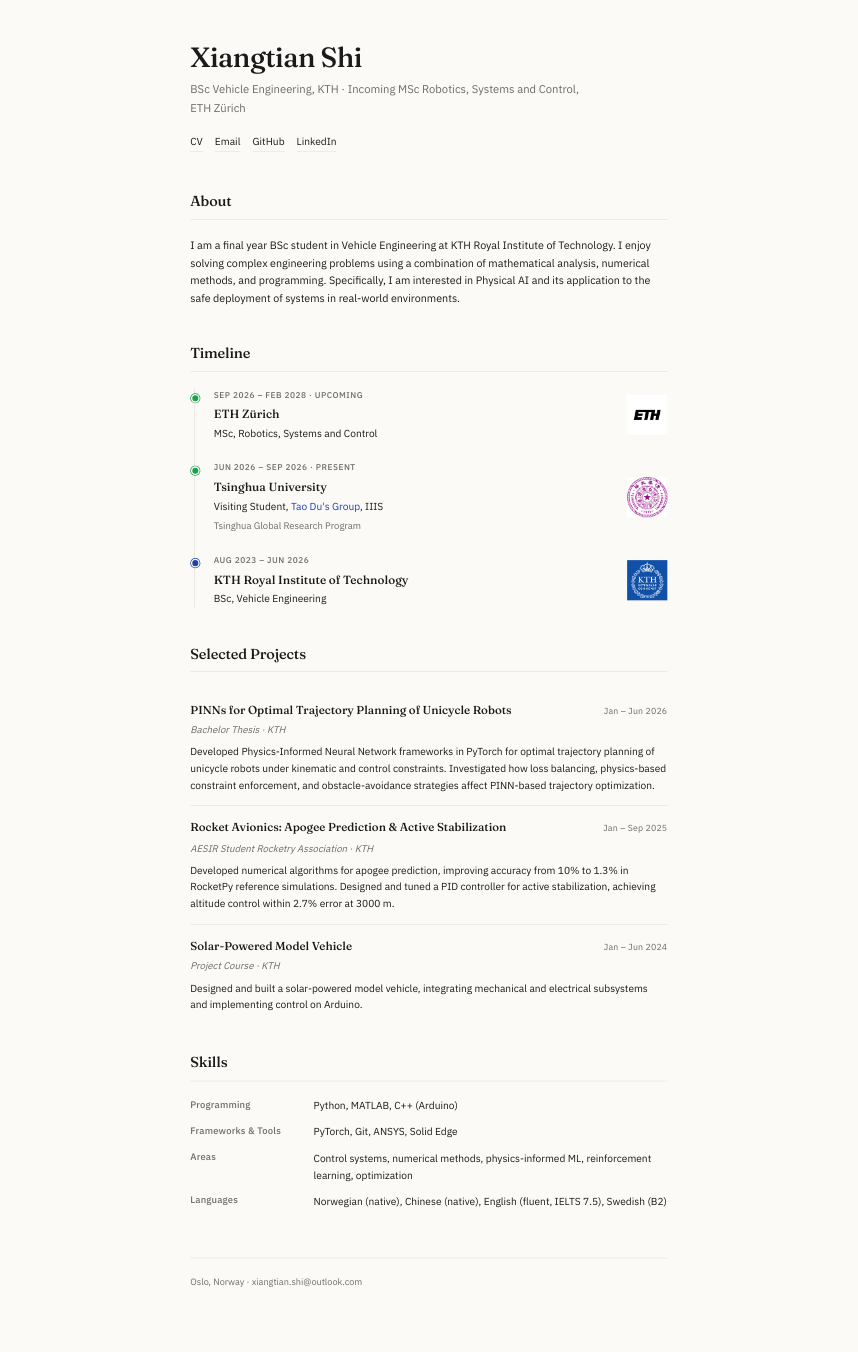
Repository: xitisch/xitisch.github.io
Page: index.html
These files come from the project's save history. The page is drawn as it stood at one moment and after the next save; the edit follows.
The browser window is 1280 px wide. The pictures show the whole page, at 67% of full size.

Above is the page before, as saved 2026-06-08 02:35:07.

### index.html
<!doctype html>
<html lang="en">
<head>
  <meta charset="UTF-8">
  <meta name="viewport" content="width=device-width, initial-scale=1.0">
  <link rel="stylesheet" href="style.css">
  <title>Xiangtian Shi</title>
</head>
<body>
  <div class="container">

    <header>
      <h1>Xiangtian Shi</h1>
      <p class="tagline">BSc Vehicle Engineering, KTH &middot; Incoming MSc Robotics, Systems and Control, ETH&nbsp;Zürich</p>
      <nav class="header-links">
        <a href="XiangtianShi_CV.pdf" target="_blank">CV</a>
        <a href="mailto:xiangtian.shi@outlook.com">Email</a>
        <a href="https://github.com/xitisch">GitHub</a>
        <a href="https://www.linkedin.com/in/xiangtian-shi-5ab47428b/">LinkedIn</a>
      </nav>
    </header>

    <section>
      <h2>About</h2>
      <p>
      I am a final year BSc student in Vehicle Engineering at KTH Royal Institute of Technology. I enjoy solving complex engineering problems using a combination of mathematical analysis, numerical methods, and programming. Specifically, I am interested in Physical AI and its application to the safe deployment of systems in real-world environments.
      </p>
    </section>

    <section>
      <h2>Timeline</h2>
      <div class="timeline">

        <div class="timeline-item current">
          <div class="timeline-item-text">
            <div class="timeline-date">Sep 2026 &ndash; Feb 2028 &middot; Upcoming</div>
            <div class="timeline-title">ETH Zürich</div>
            <div class="timeline-meta">MSc, Robotics, Systems and Control</div>
          </div>
          <img class="timeline-logo" src="images/eth.png" alt="ETH logo">
        </div>

        <div class="timeline-item current">
          <div class="timeline-item-text">
            <div class="timeline-date">Jun 2026 &ndash; Sep 2026 &middot; Present</div>
            <div class="timeline-title">Tsinghua University</div>
            <div class="timeline-meta">Visiting Student, <a href="https://people.iiis.tsinghua.edu.cn/~taodu/">Tao Du's Group</a>, IIIS</div>
            <div class="timeline-note">Tsinghua Global Research Program</div>
          </div>
          <img class="timeline-logo" src="images/thu.png" alt="THU logo">
        </div>

        <div class="timeline-item">
          <div class="timeline-item-text">
            <div class="timeline-date">Aug 2023 &ndash; Jun 2026</div>
            <div class="timeline-title">KTH Royal Institute of Technology</div>
            <div class="timeline-meta">BSc, Vehicle Engineering</div>
          </div>
          <img class="timeline-logo" src="images/kth.jpg" alt="KTH logo">
        </div>

      </div>
    </section>

    <section>
      <h2>Selected Projects</h2>

      <!--
      <article class="project">
        <div class="project-header">
          <h3 class="project-title">Reinforcement Learning for Soft Robot Control <span class="tag">Upcoming</span></h3>
          <div class="project-date">Jun &ndash; Aug 2026</div>
        </div>
        <div class="project-affiliation">Tao Du's Group, IIIS &middot; Tsinghua University</div>
        <p class="project-description">
          Extending a simulation framework to develop RL-based control of soft robotic systems in fluid environments, using lattice Boltzmann simulations.
        </p>
      </article>
      -->

      <article class="project">
        <div class="project-header">
          <h3 class="project-title">PINNs for Optimal Trajectory Planning of Unicycle Robots</h3>
          <div class="project-date">Jan &ndash; Jun 2026</div>
        </div>
        <div class="project-affiliation">Bachelor Thesis &middot; KTH</div>
        <p class="project-description">
          Developed Physics-Informed Neural Network frameworks in PyTorch for optimal trajectory planning of unicycle robots under kinematic and control constraints. Investigated how loss balancing, physics-based constraint enforcement, and obstacle-avoidance strategies affect PINN-based trajectory optimization.
        </p>
      </article>

      <article class="project">
        <div class="project-header">
          <h3 class="project-title">Rocket Avionics: Apogee Prediction &amp; Active Stabilization</h3>
          <div class="project-date">Jan &ndash; Sep 2025</div>
        </div>
        <div class="project-affiliation">AESIR Student Rocketry Association &middot; KTH</div>
        <p class="project-description">
          Developed numerical algorithms for apogee prediction, improving accuracy from 10% to 1.3% in RocketPy reference simulations. Designed and tuned a PID controller for active stabilization, achieving altitude control within 2.7% error at 3000&nbsp;m.
        </p>
      </article>

      <article class="project">
        <div class="project-header">
          <h3 class="project-title">Solar-Powered Model Vehicle</h3>
          <div class="project-date">Jan &ndash; Jun 2024</div>
        </div>
        <div class="project-affiliation">Project Course &middot; KTH</div>
        <p class="project-description">
          Designed and built a solar-powered model vehicle, integrating mechanical and electrical subsystems and implementing control on Arduino.
        </p>
      </article>

    </section>

    <section>
      <h2>Skills</h2>
      <dl class="skills-grid">
        <dt>Programming</dt>
        <dd>Python, MATLAB, C++ (Arduino)</dd>

        <dt>Frameworks &amp; Tools</dt>
        <dd>PyTorch, Git, ANSYS, Solid Edge</dd>

        <dt>Areas</dt>
        <dd>Control systems, numerical methods, physics-informed ML, reinforcement learning, optimization</dd>

        <dt>Languages</dt>
        <dd>Norwegian (native), Chinese (native), English (fluent, IELTS 7.5), Swedish (B2)</dd>
      </dl>
    </section>

    <!--
    <section>
      <h2>Beyond Engineering</h2>
      <p>
        Outside of work I play violin (10+ years, former regional competition winner) and table tennis (regional club), and spend as much time as possible hiking, skiing, and running &mdash; most recently the Stockholm Half Marathon 2025. From 2019 to 2022 I competed in Esports; my team won the PUBG Mobile Pro League Western Europe 2021 Spring Season among 16 professional teams.
      </p>
    </section>
    -->

    <footer>
      <p>Oslo, Norway &middot; <a href="mailto:xiangtian.shi@outlook.com">xiangtian.shi@outlook.com</a></p>
    </footer>

  </div>
</body>
</html>

### style.css
@import url('https://fonts.googleapis.com/css2?family=Fraunces:opsz,wght@9..144,400;9..144,500;9..144,600&family=IBM+Plex+Sans:wght@400;500;600&display=swap');

:root {
  --bg: #fbfaf6;
  --text: #1a1a1a;
  --text-muted: #6b6b6b;
  --border: #e7e3d7;
  --accent: #1e40af;
  --accent-soft: rgba(30, 64, 175, 0.08);
  --serif: 'Fraunces', Georgia, serif;
  --sans: 'IBM Plex Sans', -apple-system, BlinkMacSystemFont, sans-serif;
}

* { box-sizing: border-box; }

html { -webkit-text-size-adjust: 100%; }

body {
  font-family: var(--sans);
  background: var(--bg);
  color: var(--text);
  line-height: 1.65;
  margin: 0;
  font-size: 16px;
  -webkit-font-smoothing: antialiased;
  -moz-osx-font-smoothing: grayscale;
}

.container {
  max-width: 760px;
  margin: 0 auto;
  padding: 64px 24px 80px;
}

/* ---------- Typography ---------- */

h1 {
  font-family: var(--serif);
  font-weight: 500;
  font-size: 2.6rem;
  line-height: 1.05;
  margin: 0 0 0.3em;
  letter-spacing: -0.02em;
}

h2 {
  font-family: var(--serif);
  font-weight: 500;
  font-size: 1.35rem;
  margin: 0 0 1.1em;
  letter-spacing: -0.01em;
  padding-bottom: 0.4em;
  border-bottom: 1px solid var(--border);
}

h3 {
  margin: 0;
  font-weight: 500;
  font-size: 1rem;
}

p { margin: 0 0 1em; }

a {
  color: var(--accent);
  text-decoration: none;
  border-bottom: 1px solid transparent;
  transition: border-color 0.15s ease;
}

a:hover { border-bottom-color: var(--accent); }

/* ---------- Header ---------- */

header { margin-bottom: 56px; }

.tagline {
  color: var(--text-muted);
  font-size: 1.05rem;
  margin: 0 0 1.4em;
  max-width: 60ch;
}

.header-links {
  display: flex;
  flex-wrap: wrap;
  gap: 18px;
  font-size: 0.95rem;
}

.header-links a {
  color: var(--text);
  border-bottom: 1px solid var(--border);
  padding-bottom: 2px;
}

.header-links a:hover {
  border-bottom-color: var(--accent);
  color: var(--accent);
}

/* ---------- Sections ---------- */

section { margin-bottom: 52px; }

/* ---------- Timeline ---------- */

.timeline {
  position: relative;
  margin-left: 6px;
  padding-left: 28px;
  border-left: 1px solid var(--border);
}

.timeline-item {
  position: relative;
  margin-bottom: 28px;
  display: flex;
  align-items: center;
  gap: 24px;
}

.timeline-item-text {
  flex: 1 1 auto;
  min-width: 0;
}

.timeline-logo {
  width: 60px;
  height: 60px;
  object-fit: contain;
  flex-shrink: 0;
}

.timeline-item:last-child { margin-bottom: 0; }

.timeline-item::before {
  content: '';
  position: absolute;
  left: -34px;
  top: 9px;
  width: 9px;
  height: 9px;
  background: var(--accent);
  border-radius: 50%;
  border: 2px solid var(--bg);
  box-shadow: 0 0 0 1px var(--accent);
}

.timeline-item.current::before {
  background: #16a34a;
  box-shadow: 0 0 0 1px #16a34a;
}

.timeline-item.future::before {
  background: var(--bg);
  box-shadow: 0 0 0 1px var(--accent);
}

.timeline-date {
  font-size: 0.78rem;
  color: var(--text-muted);
  font-weight: 500;
  letter-spacing: 0.06em;
  text-transform: uppercase;
  margin-bottom: 4px;
}

.timeline-title {
  font-family: var(--serif);
  font-size: 1.1rem;
  font-weight: 500;
  margin-bottom: 2px;
}

.timeline-meta {
  color: var(--text);
  font-size: 0.95rem;
}

.timeline-note {
  margin-top: 6px;
  font-size: 0.88rem;
  color: var(--text-muted);
}

/* ---------- Projects / Experience entries ---------- */

.project {
  padding: 18px 0;
  border-bottom: 1px solid var(--border);
}

.project:first-child { padding-top: 4px; }
.project:last-child { border-bottom: none; padding-bottom: 4px; }

.project-header {
  display: flex;
  justify-content: space-between;
  align-items: baseline;
  gap: 16px;
  margin-bottom: 4px;
  flex-wrap: wrap;
}

.project-title {
  font-family: var(--serif);
  font-size: 1.08rem;
  font-weight: 500;
  flex: 1 1 auto;
  min-width: 0;
}

.project-date {
  font-size: 0.82rem;
  color: var(--text-muted);
  white-space: nowrap;
  letter-spacing: 0.02em;
}

.project-affiliation {
  color: var(--text-muted);
  font-size: 0.9rem;
  margin-bottom: 8px;
  font-style: italic;
}

.project-description {
  margin: 0;
  font-size: 0.95rem;
}

.tag {
  display: inline-block;
  font-family: var(--sans);
  font-size: 0.68rem;
  padding: 2px 8px;
  background: var(--accent-soft);
  color: var(--accent);
  border-radius: 3px;
  margin-left: 8px;
  font-weight: 500;
  letter-spacing: 0.08em;
  text-transform: uppercase;
  vertical-align: middle;
  font-style: normal;
}

/* ---------- Skills ---------- */

.skills-grid {
  display: grid;
  grid-template-columns: 160px 1fr;
  gap: 14px 24px;
  margin: 0;
}

.skills-grid dt {
  font-weight: 500;
  color: var(--text-muted);
  font-size: 0.88rem;
  letter-spacing: 0.02em;
}

.skills-grid dd {
  margin: 0;
  font-size: 0.95rem;
}

/* ---------- Footer ---------- */

footer {
  margin-top: 72px;
  padding-top: 24px;
  border-top: 1px solid var(--border);
  font-size: 0.85rem;
  color: var(--text-muted);
}

footer a { color: var(--text-muted); }
footer a:hover { color: var(--accent); }

/* ---------- Responsive ---------- */

@media (max-width: 600px) {
  .container { padding: 40px 20px 60px; }
  h1 { font-size: 2.05rem; }
  h2 { font-size: 1.2rem; }

  .skills-grid {
    grid-template-columns: 1fr;
    gap: 2px 0;
  }
  .skills-grid dt { margin-top: 10px; }
  .skills-grid dt:first-child { margin-top: 0; }

  .project-header {
    flex-direction: column;
    align-items: flex-start;
    gap: 2px;
  }
  .project-date { font-size: 0.78rem; }

  .timeline { padding-left: 22px; }
  .timeline-item::before { left: -28px; }
  .timeline-item { gap: 16px; }
  .timeline-logo { width: 48px; height: 48px; }
}

After the next save:
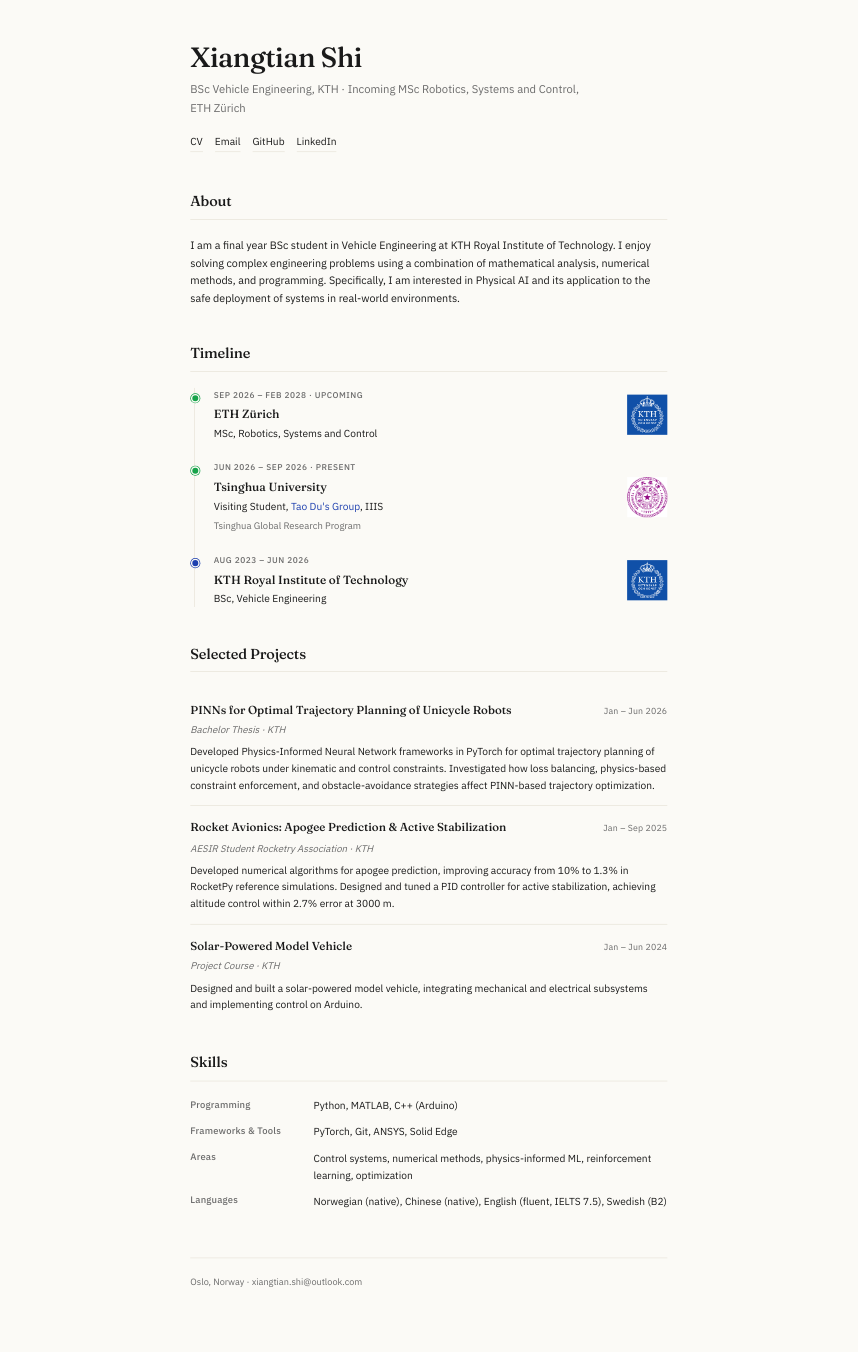
Saved 8 min 45 s later.
--- a/index.html
+++ b/index.html
@@ -37,7 +37,7 @@
             <div class="timeline-title">ETH Zürich</div>
             <div class="timeline-meta">MSc, Robotics, Systems and Control</div>
           </div>
-          <img class="timeline-logo" src="images/eth.png" alt="ETH logo">
+          <img class="timeline-logo" src="images/kth.jpg" alt="ETH logo">
         </div>
 
         <div class="timeline-item current">

After the save that followed:
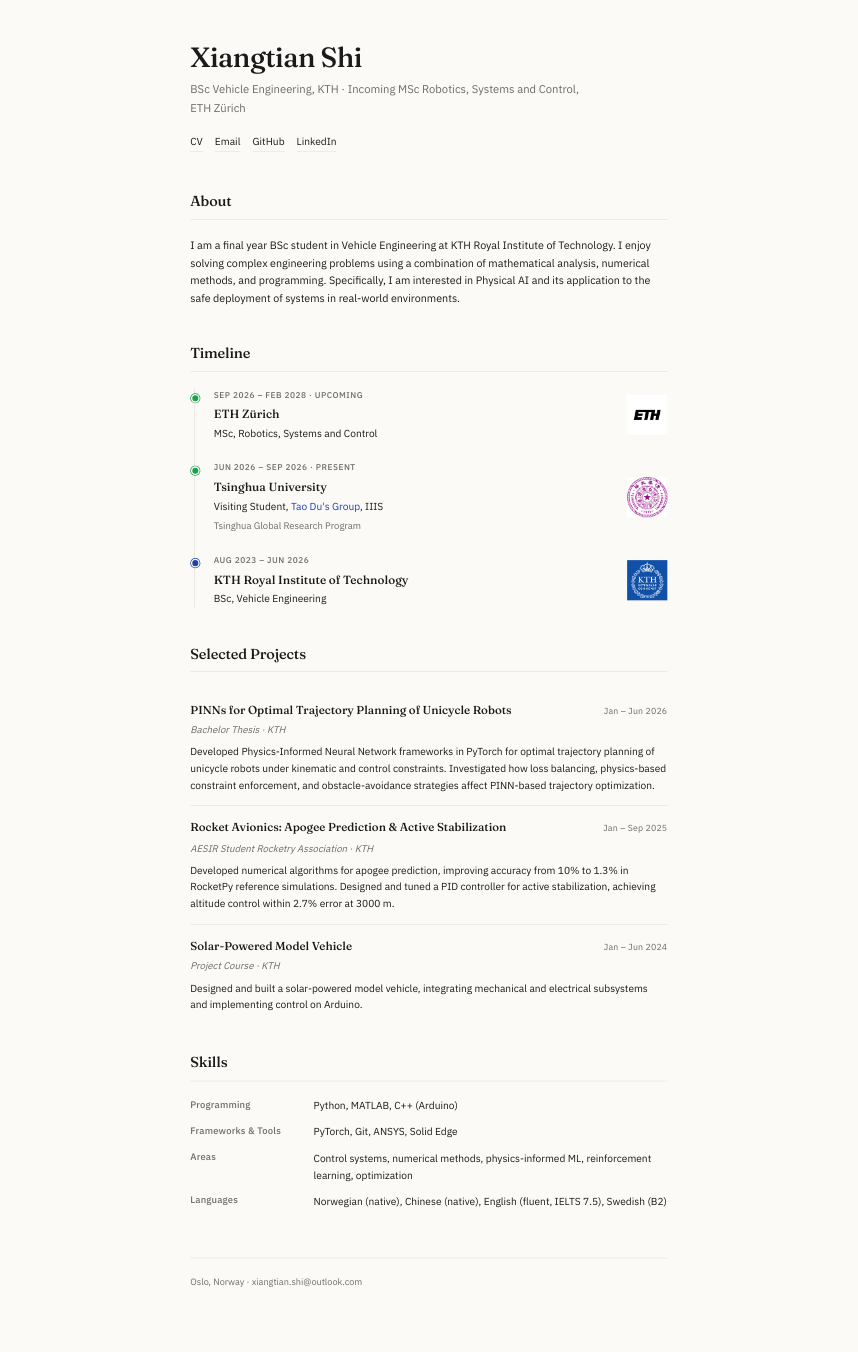
Saved 10 s later.
--- a/index.html
+++ b/index.html
@@ -37,7 +37,7 @@
             <div class="timeline-title">ETH Zürich</div>
             <div class="timeline-meta">MSc, Robotics, Systems and Control</div>
           </div>
-          <img class="timeline-logo" src="images/kth.jpg" alt="ETH logo">
+          <img class="timeline-logo" src="images/eth.png" alt="ETH logo">
         </div>
 
         <div class="timeline-item current">
